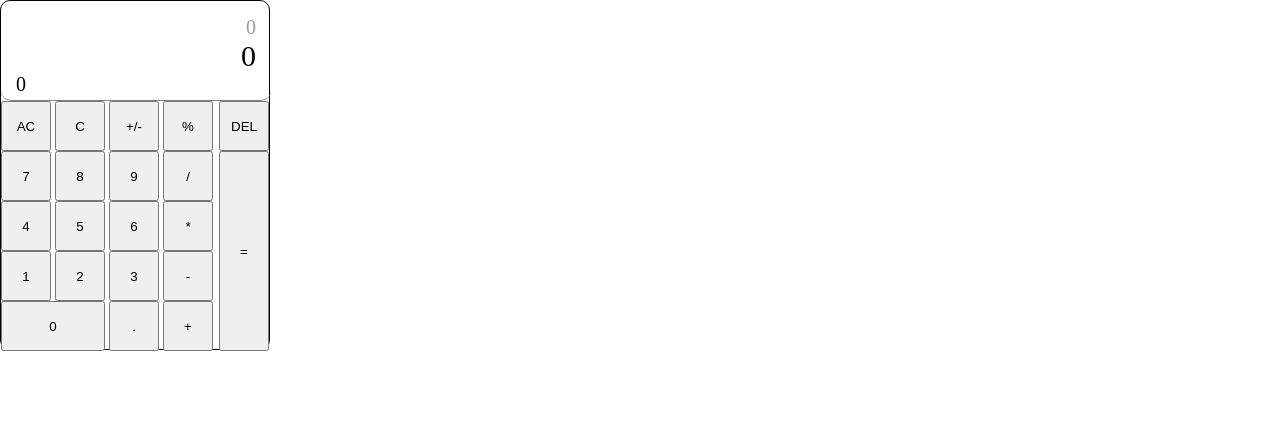
Repository: baziz22/Vanilla_JS_Projects
Page: claculator/index.html
These files come from the project's save history. The page is drawn as it stood at one moment and after the next save; the edit follows.
The browser window is 1280 px wide. The pictures show the whole page.

Above is the page before, as saved 2022-03-02 03:09:16.
Console error: SyntaxError: Malformed arrow function parameter list

After the next save:
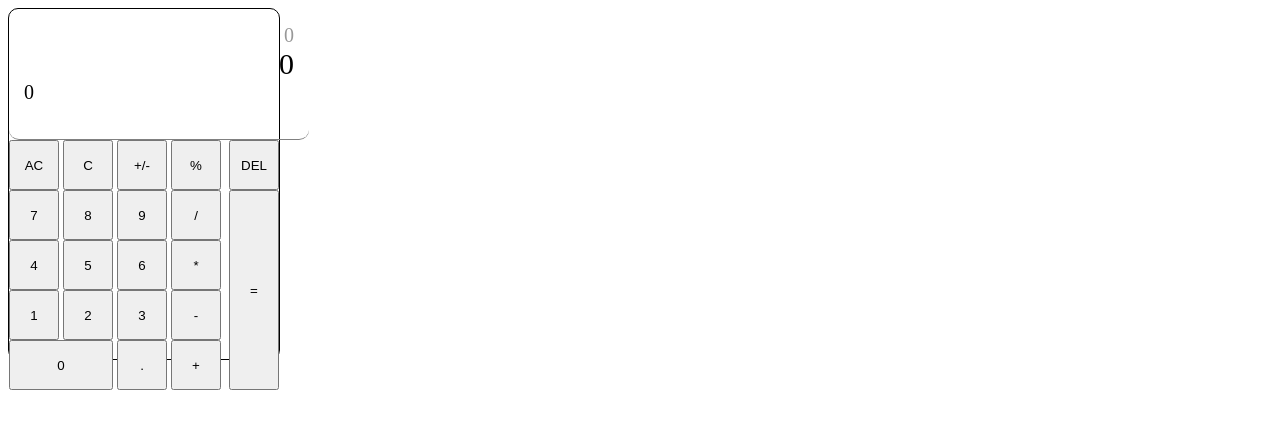
Saved 54 s later.
--- a/claculator/style.css
+++ b/claculator/style.css
@@ -1,4 +1,4 @@
-* {
+*, *.before::, {
   margin: 0;
   padding: 0;
   box-sizing: border-box;

After the save that followed:
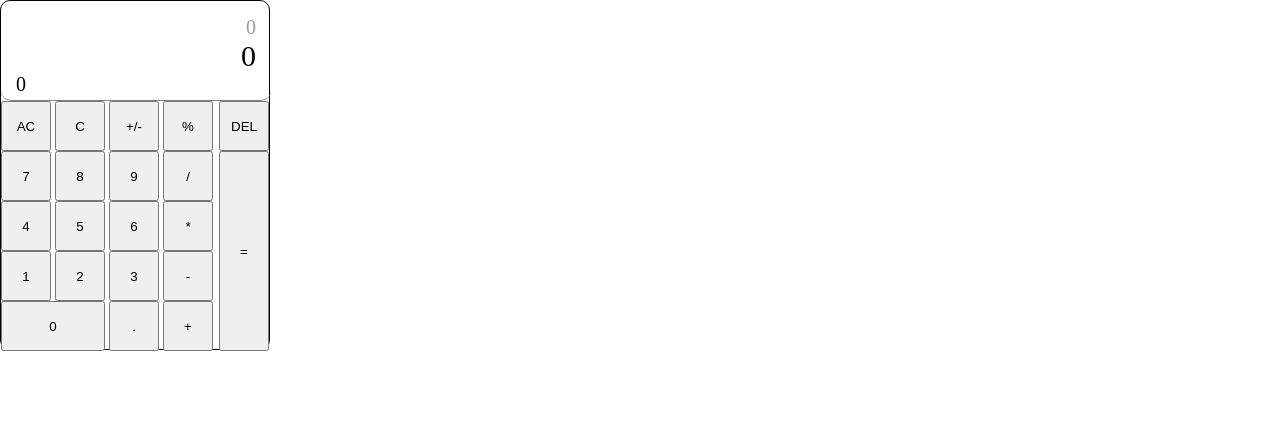
Saved 25 s later.
--- a/claculator/style.css
+++ b/claculator/style.css
@@ -1,4 +1,5 @@
-*, *.before::, {
+*,
+*::before {
   margin: 0;
   padding: 0;
   box-sizing: border-box;
